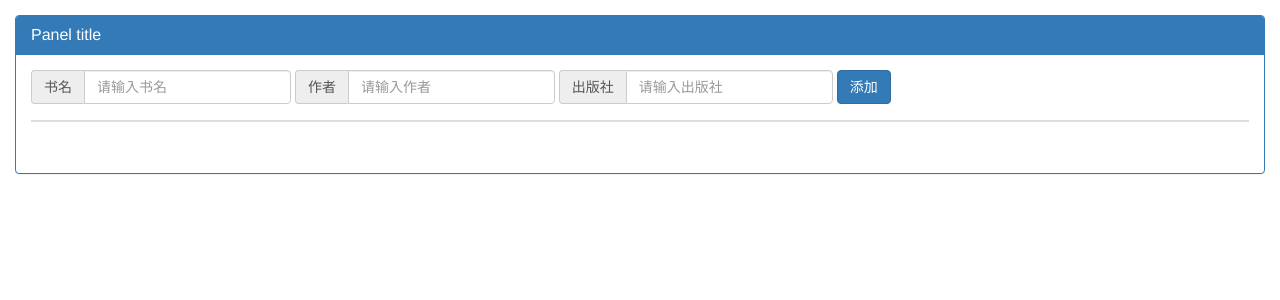
Repository: Bluesouls/eliauk.github.io
Page: Ajax学习笔记/day01/code/图书管理.html
These files come from the project's save history. The page is drawn as it stood at one moment and after the next save; the edit follows.
The browser window is 1280 px wide. The pictures show the whole page.

Above is the page before, as saved 2022-04-24 16:59:51.
Console error (its wording comes from the project's code and is left out).

### Ajax学习笔记/day01/code/图书管理.html
<!DOCTYPE html>
<html lang="en">
<head>
  <meta charset="UTF-8">
  <meta http-equiv="X-UA-Compatible" content="IE=edge">
  <meta name="viewport" content="width=device-width, initial-scale=1.0">
  <link href="https://cdn.bootcss.com/bootstrap/3.3.7/css/bootstrap.css" rel="stylesheet">
  <script src="https://cdn.bootcss.com/bootstrap/3.3.7/js/bootstrap.js"></script>
  <title>图书管理</title>
</head>
<body style="padding:15px">

  <div class="panel panel-primary">
      <div class="panel-heading">
        <h3 class="panel-title">Panel title</h3>
      </div>
      <div class="panel-body">
        <form class="form-inline" method="get" action="">
          <div class="input-group">
            <div class="input-group-addon">书名</div>
            <input type="text" class="form-control" id="books" placeholder="请输入书名">
          </div>
          <div class="input-group">
            <div class="input-group-addon">作者</div>
            <input type="text" class="form-control" id="author" placeholder="请输入作者">
          </div>
          <div class="input-group">
            <div class="input-group-addon">出版社</div>
            <input type="text" class="form-control" id="publisher" placeholder="请输入出版社">
          </div>

          <button type="button" class="btn btn-primary">添加</button>

        </form>

        <table class="table table-hover">
          <thead>
            <tr>
              <th></th>
            </tr>
          </thead>
          <tbody>
            <tr>
              <td></td>
            </tr>
          </tbody>
        </table>


      </div>
  </div>

</body>
</html>

After the next save:
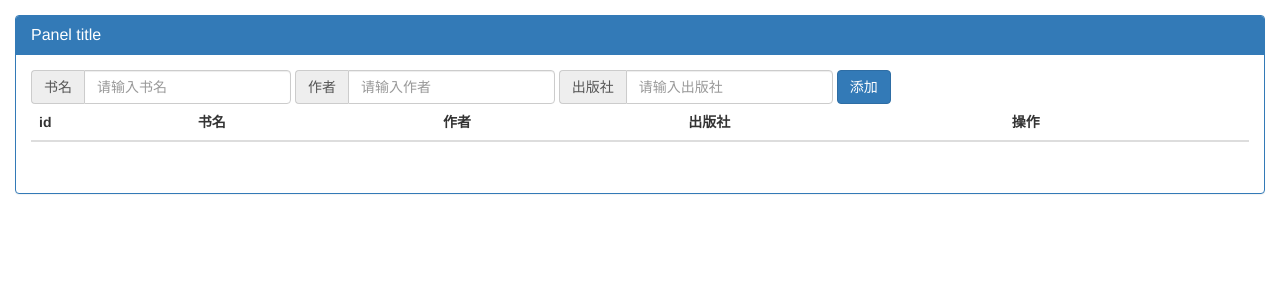
Saved 47 s later.
--- a/Ajax学习笔记/day01/code/图书管理.html
+++ b/Ajax学习笔记/day01/code/图书管理.html
@@ -36,7 +36,11 @@
         <table class="table table-hover">
           <thead>
             <tr>
-              <th></th>
+              <th>id</th>
+              <th>书名</th>
+              <th>作者</th>
+              <th>出版社</th>
+              <th>操作</th>
             </tr>
           </thead>
           <tbody>
